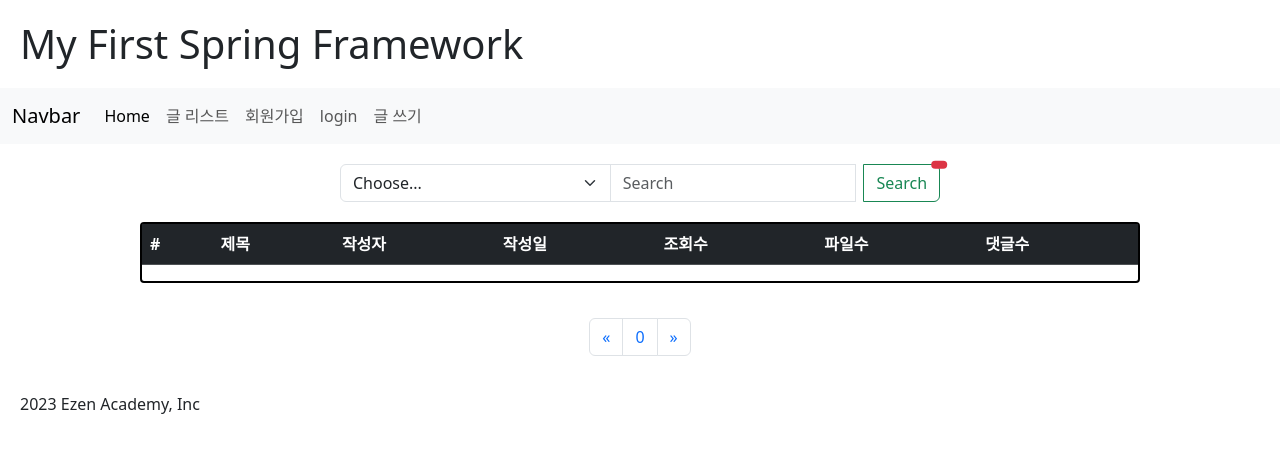
Repository: jinho0717/spring
Page: http://localhost/springProject/WEB-INF/views/board/list.jsp
An editor plug-in stored every save of this project. The page is shown before and after the next save, followed by the edit.
The browser window is 1280 px wide. The pictures show the whole page.
The page is served by Tomcat 9. Nobody is signed in. Other server files are loaded and not shown. The template is opened directly, without the code that normally fills it, so the values that code supplies are empty.

Above is the page before, as saved 2023-10-27 10:32:11.

### springProject/src/main/webapp/WEB-INF/views/board/list.jsp
<%@ page language="java" contentType="text/html; charset=UTF-8"
    pageEncoding="UTF-8"%>
    <%@ taglib uri="http://java.sun.com/jsp/jstl/core" prefix="c" %>
<!DOCTYPE html>
<html>
<head>
<meta charset="UTF-8">
<title>Insert title here</title>
<style type="text/css">
.col-sm-12{
margin: auto;
}
.page{
margin-top : 35px;
display: flex;
justify-content: center;
}
.list{
border : 2px solid black;
border-radius : 4px;
width: 1000px;
height:100%;
margin:auto;
}
</style>
</head>
<body>
<jsp:include page="../common/header.jsp"></jsp:include>
<jsp:include page="../common/nav.jsp"></jsp:include>

<!-- 검색라인 -->

<div class="col-sm-12 col-md-6">
  <form action="/board/list" method="get">
  <div class="input-group mb-3">
  <c:set value="${ph.pgvo.type }" var="typed"></c:set>
   <select class="form-select" name="type" id="inputGroupSelect01">
    <option ${typed eq null ? 'selected' : ''}>Choose...</option>
    <option value="t" ${typed eq 't' ? 'selected' : ''} >제목</option>
    <option value="w" ${typed eq 'w' ? 'selected' : ''}>작성자</option>
    <option value="c" ${typed eq 'c' ? 'selected' : ''}>내용</option>
    <option value="tw" ${typed eq 'tw' ? 'selected' : ''}>제목+작성자</option>
    <option value="tc" ${typed eq 'tc' ? 'selected' : ''}>제목+내용</option>
    <option value="cw" ${typed eq 'cw' ? 'selected' : ''}>내용+작성자</option>
    <option value="tcw" ${typed eq 'tcw' ? 'selected' : ''}>전체</option>
  </select>

        <input class="form-control me-2" name="keyword" value="${ph.pgvo.keyword }" type="search" placeholder="Search" aria-label="Search">
        <input type="hidden" name="pageNo" value="1">
        <input type="hidden" name="qty" value="${ph.pgvo.qty}">
        <button class="btn btn-outline-success" type="submit">
        Search
        <span class="position-absolute top-0 start-100 translate-middle badge rounded-pill bg-danger">
    	${ph.totalCount }
    	<span class="visually-hidden">unread messages</span>
  </span>
        </button>
     		</div>
      </form>
</div>
	<div class="list">
	<table class="table table-hover">
		<thead class="table-dark">
			<tr>
				<th>#</th>
				<th>제목</th>
				<th>작성자</th>
				<th>작성일</th>
				<th>조회수</th>
				<th>파일수</th>
				<th>댓글수</th>
			</tr>
		</thead>
		<tbody>
			<c:forEach items="${list }" var="bvo">
				<tr>
					<td>${bvo.bno }</td>
					<td><a href="/board/detail?bno=${bvo.bno }">${bvo.title }</a></td>
					<td>${bvo.writer }</td>
					<td>${bvo.regAt }</td>
					<td>${bvo.readCount }</td>
					<td>${bvo.hasFile }</td>
					<td>${bvo.cmtQty }</td>
				</tr>
			</c:forEach>
		</tbody>
	</table>
	</div>
<!-- 페이징 라인 -->
<div class="page">
<nav aria-label="Page navigation example">
  <ul class="pagination">
  <!-- 이전 -->

    <li class="page-item ${(ph.prev eq false) ? 'disabled' : '' }">
      <a class="page-link" href="/board/list?pageNo=${ph.startPage-1 }&qty=${ph.pgvo.qty}&type=${ph.pgvo.type}&keyword=${ph.pgvo.keyword}" aria-label="Previous">
        <span aria-hidden="true">&laquo;</span>
      </a>
    </li>
   <c:forEach begin="${ph.startPage }" end="${ph.endPage }" var="i">
    <li class="page-item"><a class="page-link" href="/board/list?pageNo=${i }&qty=${ph.pgvo.qty}&type=${ph.pgvo.type}&keyword=${ph.pgvo.keyword}">${i}</a></li>
    </c:forEach>
    <!-- 다음 -->
    <li class="page-item ${(ph.next eq false) ? 'disabled' : '' } ">
      <a class="page-link" href="/board/list?pageNo=${ph.endPage + 1 }&qty=${ph.pgvo.qty}&type=${ph.pgvo.type}&keyword=${ph.pgvo.keyword}" aria-label="Next">
        <span aria-hidden="true">&raquo;</span>
      </a>
    </li>
  </ul>
</nav>
</div>
<script type="text/javascript">
const isDel = `<c:out value="${isDel}" />`;
if (isDel == 1) {
	alert('삭제완료');
}
const isUp = `<c:out value="${isUp}" />`;
if(isUp == 1){
	alert('등록 완료');
}
</script>
<jsp:include page="../common/footer.jsp"></jsp:include>
</body>
</html>

### springProject/src/main/webapp/WEB-INF/views/common/header.jsp
<%@ page language="java" contentType="text/html; charset=UTF-8"
    pageEncoding="UTF-8"%>
     <%@ taglib uri="http://java.sun.com/jsp/jstl/core" prefix="c" %>
<!DOCTYPE html>
<html>
<head>
<meta charset="UTF-8">
<title>Insert title here</title>
<link href="https://cdn.jsdelivr.net/npm/bootstrap@5.3.1/dist/css/bootstrap.min.css" rel="stylesheet" integrity="sha384-4bw+/aepP/YC94hEpVNVgiZdgIC5+VKNBQNGCHeKRQN+PtmoHDEXuppvnDJzQIu9" crossorigin="anonymous">
<script src="https://cdn.jsdelivr.net/npm/bootstrap@5.3.1/dist/js/bootstrap.bundle.min.js" integrity="sha384-HwwvtgBNo3bZJJLYd8oVXjrBZt8cqVSpeBNS5n7C8IVInixGAoxmnlMuBnhbgrkm" crossorigin="anonymous"></script>
<style type="text/css">
h1 , p , h3, form{
margin: 20px
}
</style>
</head>
<body>
<h1>My First Spring Framework</h1>

</body>
</html>

### springProject/src/main/webapp/WEB-INF/views/common/nav.jsp
<%@ page language="java" contentType="text/html; charset=UTF-8"
    pageEncoding="UTF-8"%>
     <%@ taglib uri="http://java.sun.com/jsp/jstl/core" prefix="c" %>
<!DOCTYPE html>
<html>
<head>
<meta charset="UTF-8">
<title>Insert title here</title>

</head>
<body>
<header>
	<nav class="navbar navbar-expand-lg bg-body-tertiary">
  <div class="container-fluid">
    <a class="navbar-brand" href="#">Navbar</a>
    <button class="navbar-toggler" type="button" data-bs-toggle="collapse" data-bs-target="#navbarSupportedContent" aria-controls="navbarSupportedContent" aria-expanded="false" aria-label="Toggle navigation">
      <span class="navbar-toggler-icon"></span>
    </button>
    <div class="collapse navbar-collapse" id="navbarSupportedContent">
      <ul class="navbar-nav me-auto mb-2 mb-lg-0">
        <li class="nav-item">
          <a class="nav-link active" aria-current="page" href="/">Home</a>
        </li>
        <li class="nav-item">
          <a class="nav-link" href="/board/list">글 리스트</a>
        </li>
        <li class="nav-item">
          <a class="nav-link" href="/member/register">회원가입</a>
        </li>
        <li class="nav-item">
          <a class="nav-link" href="/member/login">login</a>
        </li>
        <li class="nav-item">
          <a class="nav-link" href="/board/register">글 쓰기</a>
        </li>
      </ul>
    </div>
  </div>
</nav>
</header>
</body>
</html>

### springProject/src/main/webapp/WEB-INF/views/common/footer.jsp
<%@ page language="java" contentType="text/html; charset=UTF-8"
    pageEncoding="UTF-8"%>
    <%@ taglib uri="http://java.sun.com/jsp/jstl/core" prefix="c" %>
<!DOCTYPE html>
<html>
<head>
<meta charset="UTF-8">
<title>Insert title here</title>

</head>
<body>
<div>
	<p>2023 Ezen Academy, Inc</p>
</div>
</body>
</html>

After the next save:
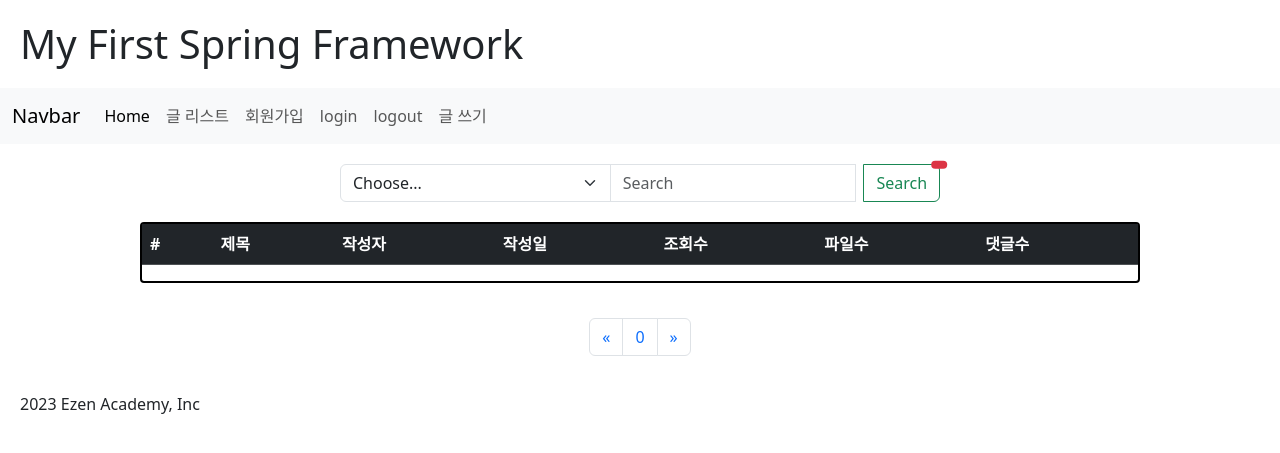
Saved 19 s later.
--- a/springProject/src/main/webapp/WEB-INF/views/common/nav.jsp
+++ b/springProject/src/main/webapp/WEB-INF/views/common/nav.jsp
@@ -31,6 +31,9 @@
           <a class="nav-link" href="/member/login">login</a>
         </li>
         <li class="nav-item">
+          <a class="nav-link" href="/member/logout">logout</a>
+        </li>
+        <li class="nav-item">
           <a class="nav-link" href="/board/register">글 쓰기</a>
         </li>
       </ul>
